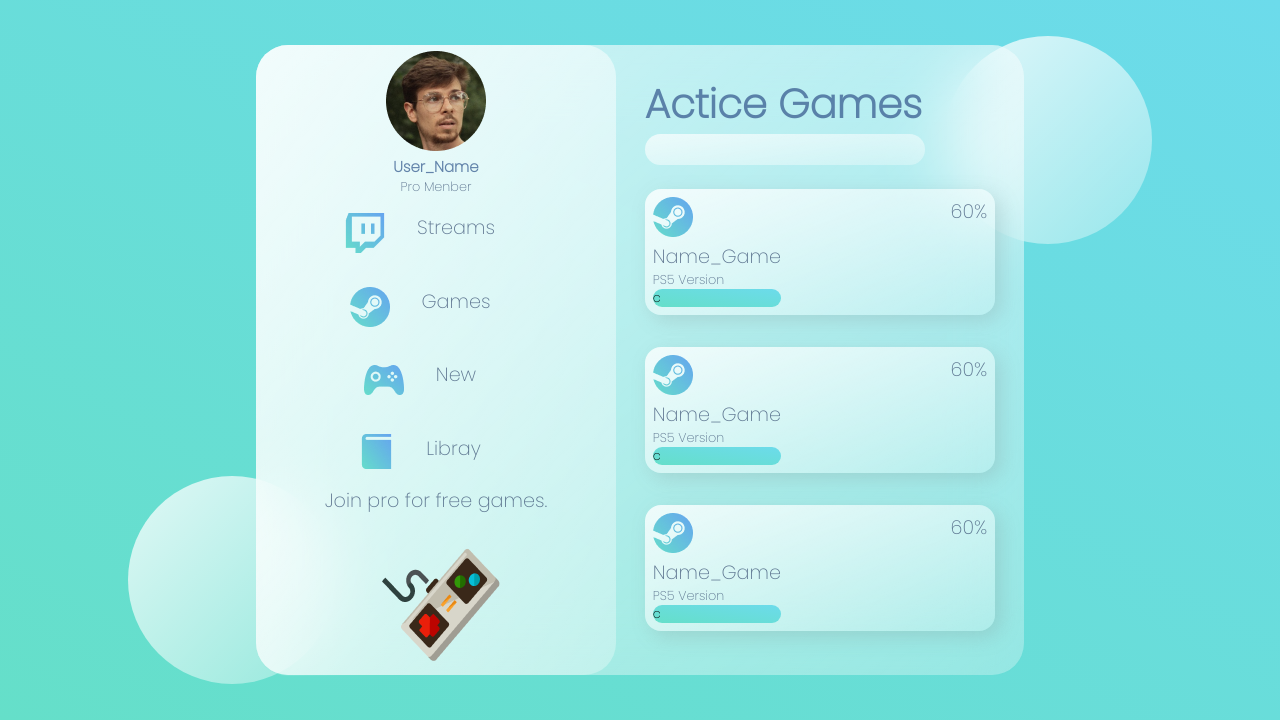
Repository: ServerK001/HomeGamer
Page: /
The author's editor kept a copy of each file at every save. The page is drawn from the files as they stood at one save, then again after the next save.
The browser window is 1280 px wide. The pictures show the whole page.
The project was rebuilt for these pictures with package versions that can differ from the ones it lists, and the page was loaded fresh each time.

Above is the page before, as saved 2021-12-27 14:41:14.

After the next save:
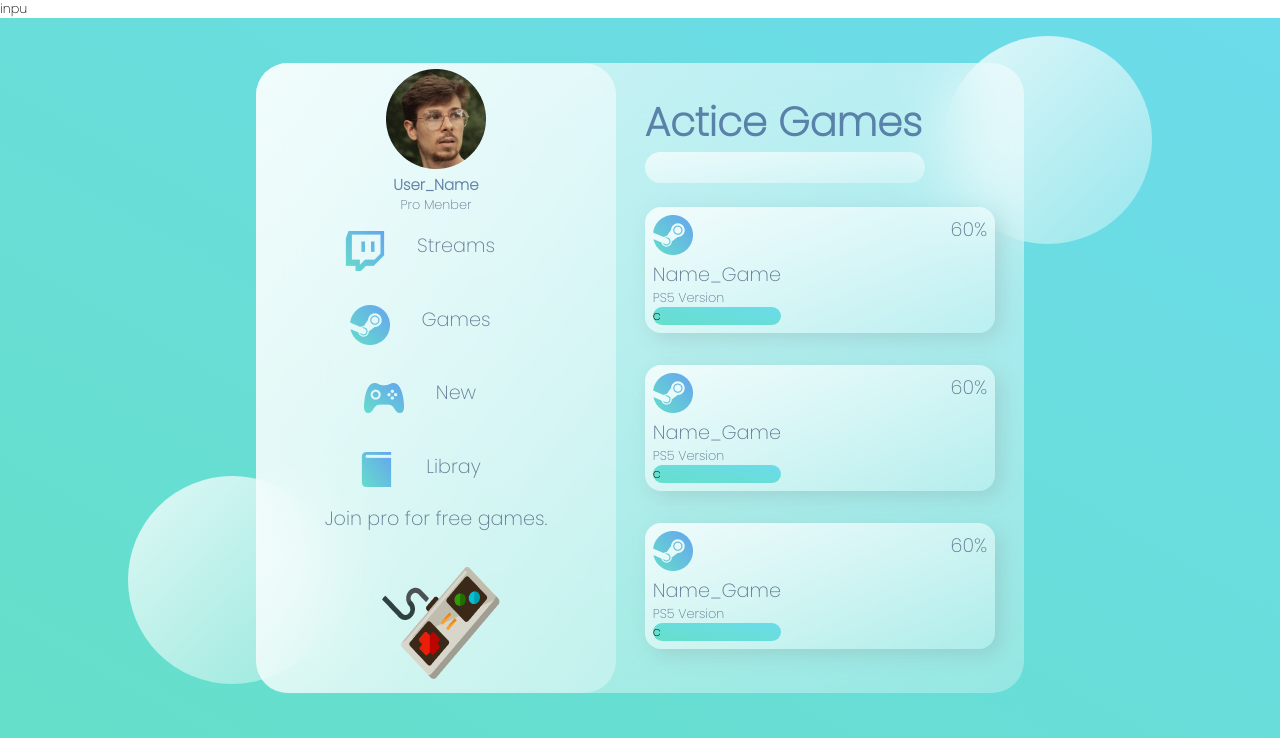
Saved 16 s later.
--- a/src/App.js
+++ b/src/App.js
@@ -7,7 +7,7 @@
   return (
     <>
       <div>
-
+        inpu
       </div>
         <Home />
 
